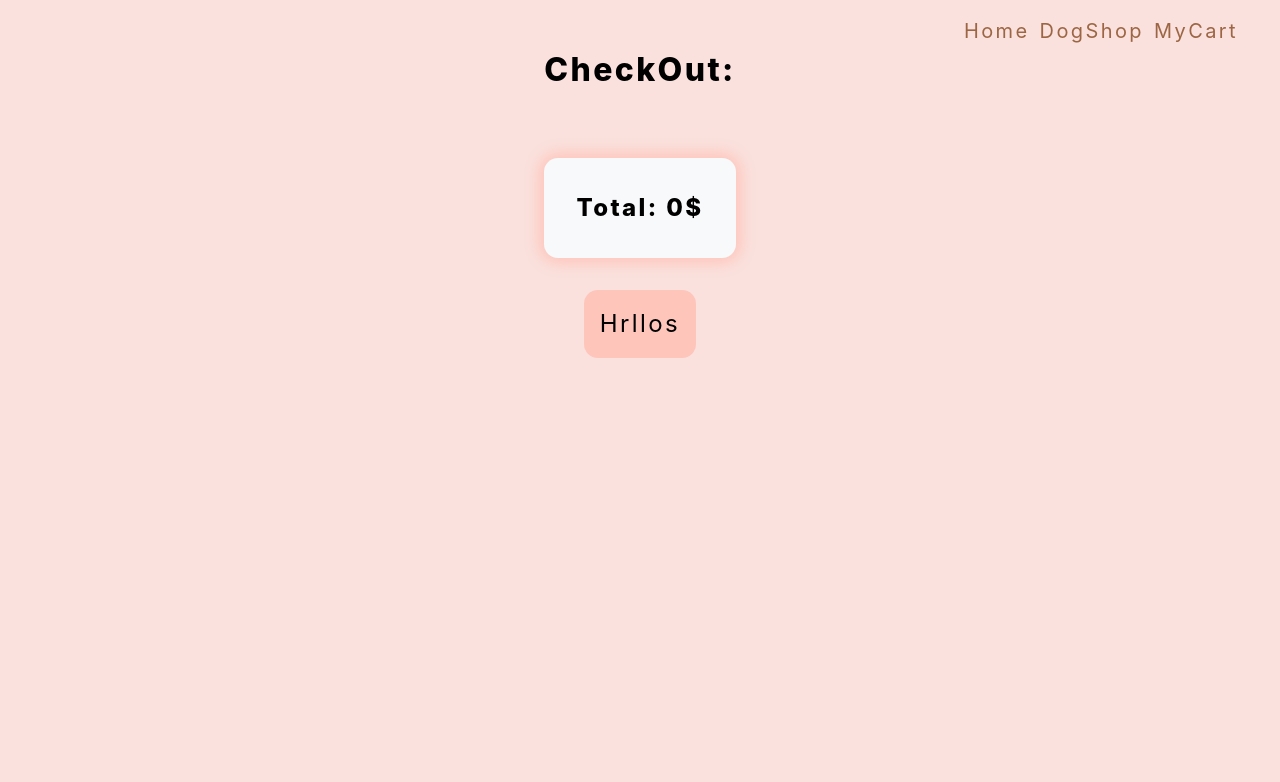
Repository: hoangbayern/dog_shop
Page: /cart (app in frontend/)
These files come from the project's save history. The page is drawn as it stood at one moment and after the next save; the edit follows.
The browser window is 1280 px wide. The pictures show the whole page.
The page's requests for data from a server got no answer. The project was rebuilt for these pictures with package versions that can differ from the ones it lists, and the page was loaded fresh each time. No one was signed in, and anything a server would have sent is missing. Also part of the build but not shown: frontend/src/components/Home/Home.jsx, frontend/src/components/Dogs/dogs.css, frontend/src/components/Dogs/DogsCart.jsx, frontend/src/components/Dogs/DogPage.jsx.

Above is the page before, as saved 2023-08-04 00:32:42.

After the next save:
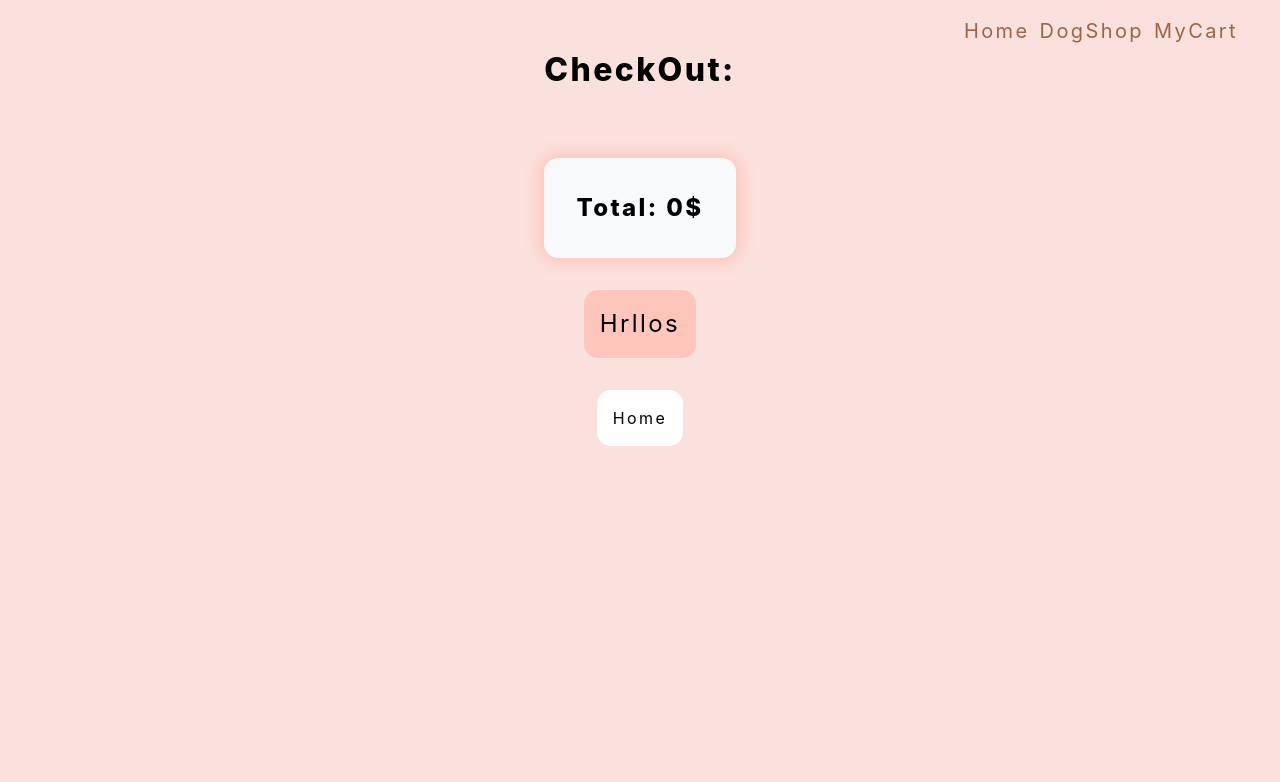
Saved 44 s later.
--- a/frontend/src/components/Cart/MyCart.jsx
+++ b/frontend/src/components/Cart/MyCart.jsx
@@ -21,6 +21,7 @@ export const MyCart = () => {
           <div className="cart-total"> Total: {total}$ </div>
         </div>
         <div className="cart-checkout">Hrllos</div>
+        <div className="cart-gohome">Home</div>
       </section>
     </>
   );
